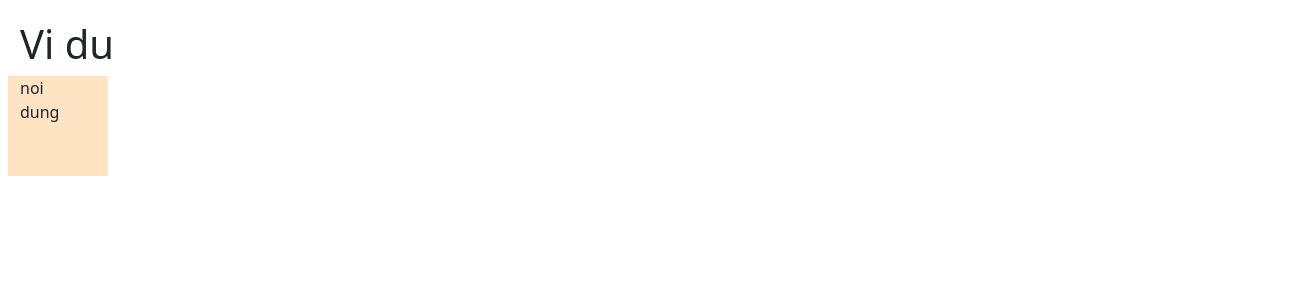
Repository: thanhp6868/ltWeb
Page: 0410/1/1.html
These files come from the project's save history. The page is drawn as it stood at one moment and after the next save; the edit follows.
The browser window is 1280 px wide. The page is 1280 px wide, then 1292 px, then 1280 px, so the pictures cover 1292 px, including what lies to the right of the window. The pictures show the whole page.

Above is the page before, as saved 2023-10-04 13:55:34.

After the next save:
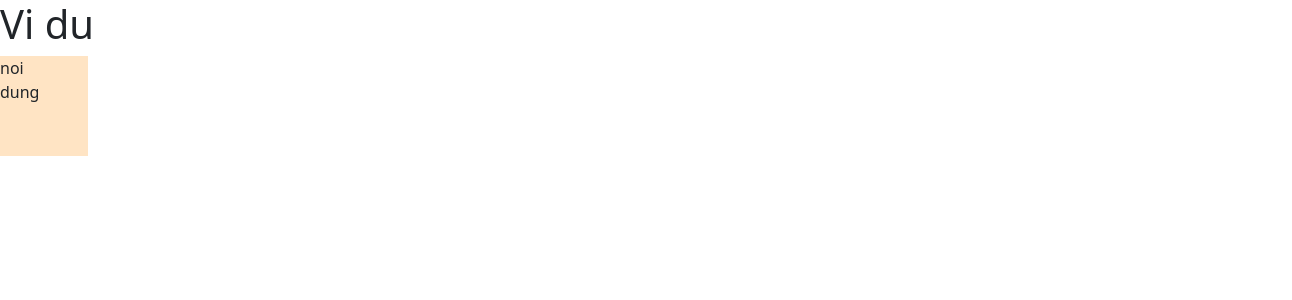
Saved 15 s later.
--- a/0410/1/1.html
+++ b/0410/1/1.html
@@ -10,7 +10,7 @@
     <title>Document</title>
 </head>
 
-<body style="padding: 20px;">
+<body style="padding: 20px; display: contents;">
     <h1>Vi du</h1>
     <div class="row">
         <div id="vidu_transition">

After the save that followed:
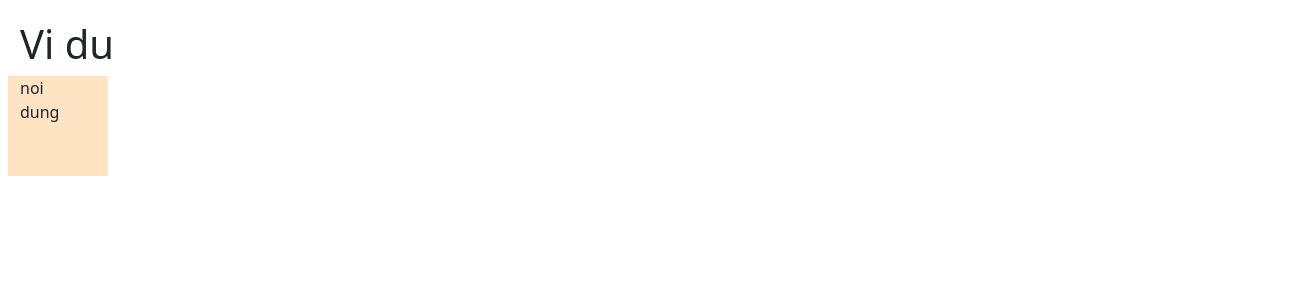
Saved 5 s later.
--- a/0410/1/1.html
+++ b/0410/1/1.html
@@ -10,7 +10,7 @@
     <title>Document</title>
 </head>
 
-<body style="padding: 20px; display: contents;">
+<body style="padding: 20px; ">
     <h1>Vi du</h1>
     <div class="row">
         <div id="vidu_transition">
